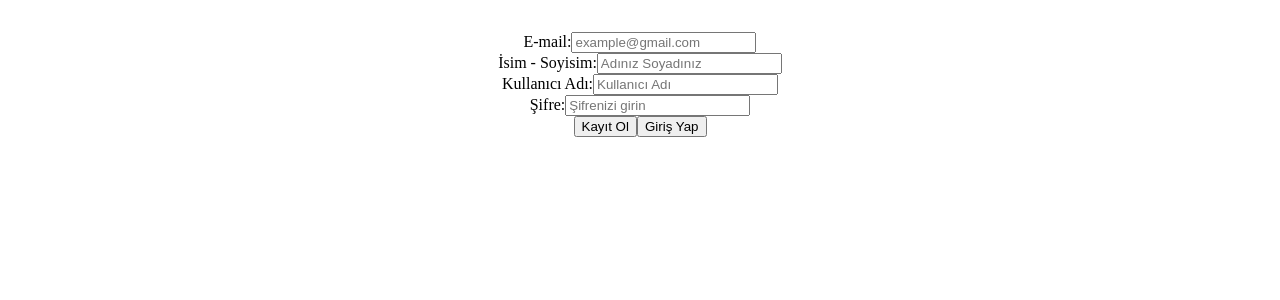
Repository: rumeyssaasya/TaskifyFrontendExample
Page: /
These files come from the project's save history. The page is drawn as it stood at one moment and after the next save; the edit follows.
The browser window is 1280 px wide. The pictures show the whole page.
The project was rebuilt for these pictures with package versions that can differ from the ones it lists, and the page was loaded fresh each time. Also part of the build but not shown: vite.config.ts, src/pages/Login/login.tsx, src/component/Navbar/navbar.tsx, src/component/CreateTask/createTask.tsx, src/component/ProjectList/projectList.tsx, src/component/CreateProject/createProject.tsx, src/component/TaskCard/taskCard.tsx, src/component/ProjectDetails/projectDetail.tsx and 4 more.

Above is the page before, as saved 2025-07-27 22:18:48.

After the next save:
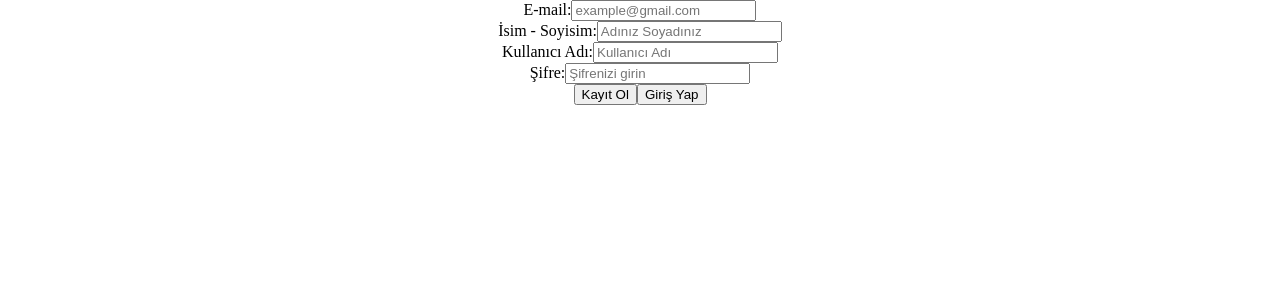
Saved 99 s later.
--- a/src/App.css
+++ b/src/App.css
@@ -1,7 +1,7 @@
 #root {
   max-width: 1280px;
-  margin: 0 auto;
-  padding: 2rem;
+  margin: 0 10px;
+  padding: 0px;
   text-align: center;
 }
 
